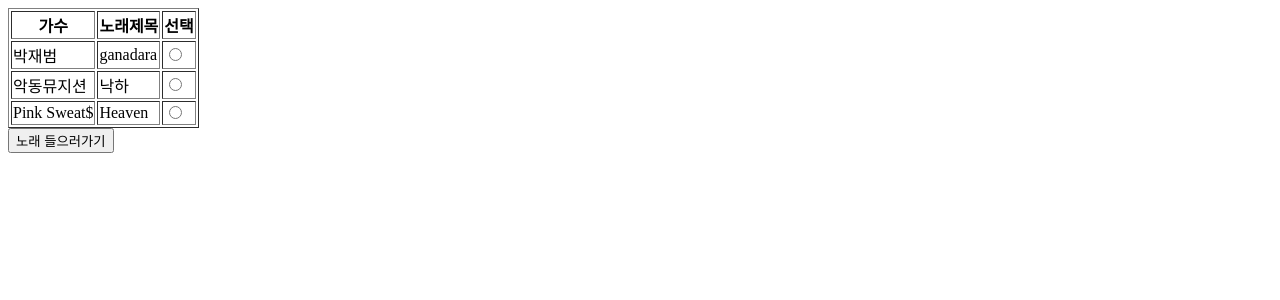
Repository: SimpleRan/jsp_paractice2
Page: http://localhost/JSPBasic/jspobject/qiuz/music.jsp
The author's editor kept a copy of each file at every save. The page is drawn from the files as they stood at one save, then again after the next save.
The browser window is 1280 px wide. The pictures show the whole page.
The page is served by Tomcat 9.

Above is the page before, as saved 2022-03-28 09:47:15.

### JSPBasic/src/main/webapp/jspobject/qiuz/music.jsp
<%@ page language="java" contentType="text/html; charset=UTF-8"
    pageEncoding="UTF-8"%>
<!DOCTYPE html>
<html>
<head>
<meta charset="UTF-8">
<title>Insert title here</title>
</head>
<body>
<!-- music.jsp  에는 테이블 형태로 가수, 노래제목, checkbox를 두시고
곡은 3곡이상 두세요. music_result.jsp에서는 music.jsp에서 보낸 노래제목을 받아서 감지한다음
유튜브 영상 주로로 리다이렉트 시키게 해주세요. -->
	<form aciton = "music_result.jsp" method="post">
	 <table border ="1">
	  <thead>
	    <th> 가수 </th>
	    <th> 노래제목 </th>
	    <th> 선택 </th>
	  </thead>
	  <tbody>
	   <tr>
	    <td>박재범</td>
	    <td>ganadara</td>
	    <td><input type="radio" name="music" value="ganadara"> &nbsp; </td>
	   </tr>
	   <tr>
	    <td>악동뮤지션</td>
	    <td>낙하</td>
	    <td><input type="radio" name="music" value="낙하"> &nbsp; </td>
	   </tr>
	   <tr>
	    <td>Pink Sweat$</td>
	    <td>Heaven</td>
	    <td><input type="radio" name="music" value="Heaven"> &nbsp; </td>
	   </tr>
	  </tbody>
	 </table>

	 <input type= "submit"  value="노래 들으러가기"/>
	</form>
</body>
</html>

After the next save:
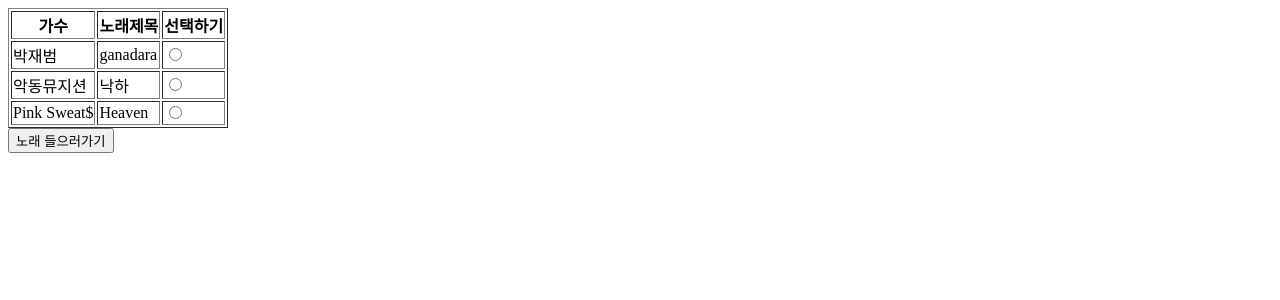
Saved 11 s later.
--- a/JSPBasic/src/main/webapp/jspobject/qiuz/music.jsp
+++ b/JSPBasic/src/main/webapp/jspobject/qiuz/music.jsp
@@ -15,7 +15,7 @@
 	  <thead>
 	    <th> 가수 </th>
 	    <th> 노래제목 </th>
-	    <th> 선택 </th>
+	    <th> 선택하기 </th>
 	  </thead>
 	  <tbody>
 	   <tr>
